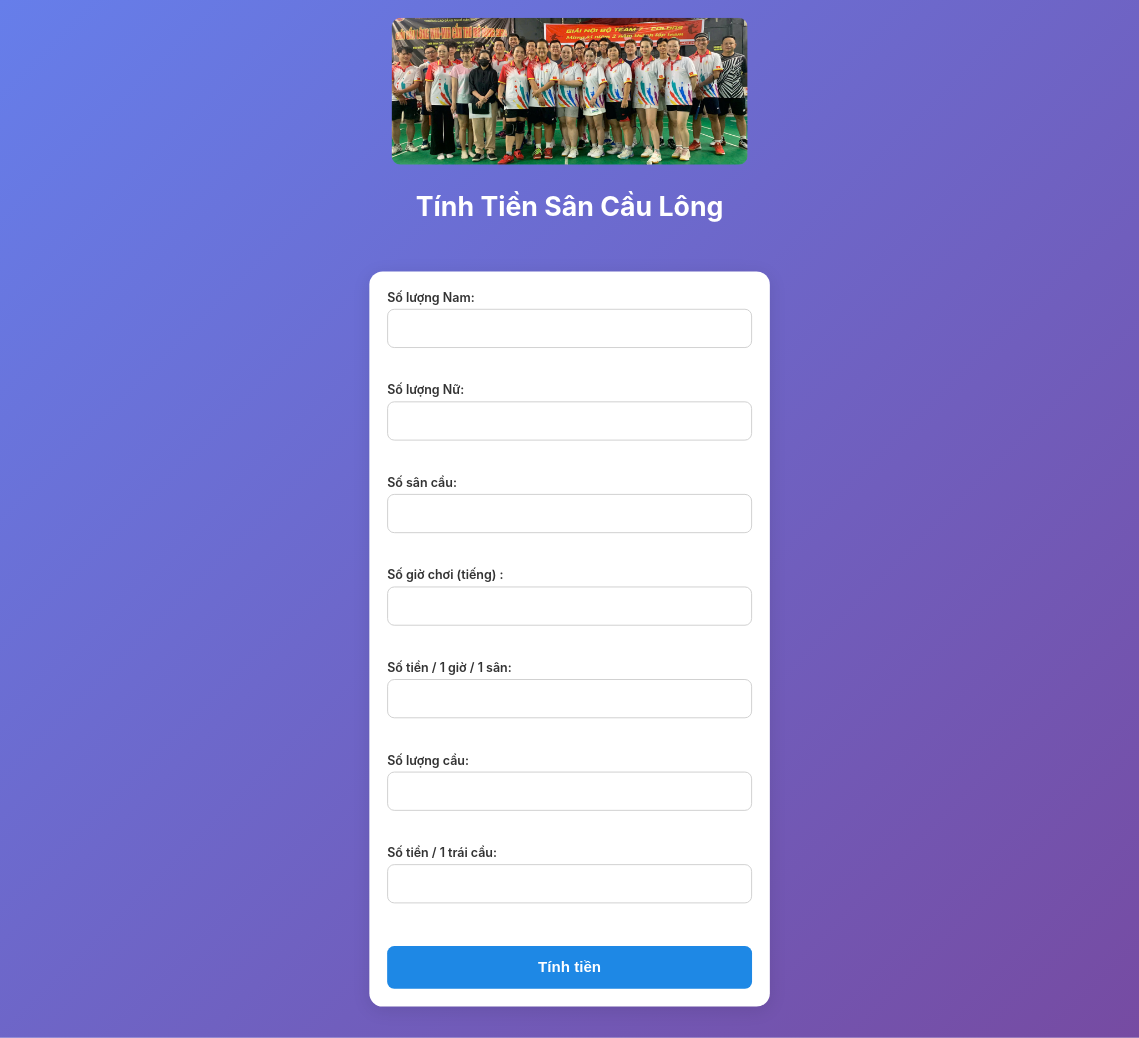
Repository: LuongPTCE181311/Badminton
Page: index.html
The author's editor kept a copy of each file at every save. The page is drawn from the files as they stood at one save, then again after the next save.
The browser window is 1280 px wide. The pictures show the whole page, at 89% of full size.

Above is the page before, as saved 2025-12-07 22:13:27.

### index.html
<!DOCTYPE html>
<html lang="vi">

<head>
    <meta charset="UTF-8" />
    <meta name="viewport" content="width=device-width, initial-scale=1.0" />
    <title>Tính Tiền Sân Cầu Lông</title>
    <link rel="stylesheet" href="assets/css/style.css" />
</head>

<body>


    <div class="hero">
        <img src="assets/images/Caulongvuive.jpg" id="img" class="hero-img" alt="Group" />
        <h1 class="title">Tính Tiền Sân Cầu Lông</h1>
    </div>


    <div class="container">
        <form id="calcForm">


            <div class="form-group">
                <label>Số lượng Nam:</label>
                <input type="number" id="men" />
                <span class="error" id="men_err"></span>
            </div>


            <div class="form-group">
                <label>Số lượng Nữ:</label>
                <input type="number" id="women" />
                <span class="error" id="women_err"></span>
            </div>


            <div class="form-group">
                <label>Số sân cầu:</label>
                <input type="number" id="courts" />
                <span class="error" id="courts_err"></span>
            </div>


            <div class="form-group">
                <label>Số giờ chơi (tiếng) :</label>
                <input type="number" id="hours" />
                <span class="error" id="hours_err"></span>
            </div>


            <div class="form-group">
                <label>Số tiền / 1 giờ / 1 sân:</label>
                <input type="number" id="pricePerHour" />
                <span class="error" id="pricePerHour_err"></span>
            </div>


            <div class="form-group">
                <label>Số lượng cầu:</label>
                <input type="number" id="shuttleCount" />
                <span class="error" id="shuttleCount_err"></span>
            </div>


            <div class="form-group">
                <label>Số tiền / 1 trái cầu:</label>
                <input type="number" id="pricePerShuttle" />
                <span class="error" id="pricePerShuttle_err"></span>
            </div>


            <button type="button" id="calculateBtn" class="btn">Tính tiền</button>
        </form>
    </div>


    <div id="resultModal" class="modal hidden">
        <div class="modal-content">
            <h2>Kết Quả Tính Tiền</h2>
            <div id="result"></div>
            <button id="closeModal" class="close-btn">Đóng</button>
        </div>
    </div>


    <script src="assets/js/main.js"></script>
</body>

</html>

### assets/css/style.css
* {
  box-sizing: border-box;
}

body {
  margin: 0;
  padding: 0 10px 10px 10px;
  font-family: -apple-system, BlinkMacSystemFont, "Segoe UI", Roboto,
    "Helvetica Neue", Arial, sans-serif;
  background: linear-gradient(135deg, #667eea 0%, #764ba2 100%);
  min-height: 100vh;
}

.hero {
  text-align: center;
  padding: 20px 0;
}

.hero-img {
  width: 100%;
  max-width: 400px;
  height: auto;
  border-radius: 10px;
  margin-bottom: 15px;
}

.title {
  font-size: clamp(24px, 5vw, 30px);
  font-weight: bold;
  color: white;
  margin: 10px 0;
  text-shadow: 2px 2px 4px rgba(0, 0, 0, 0 3);
}

.container {
  width: 100%;
  max-width: 450px;
  margin: 25px auto;
  background: white;
  padding: 20px;
  border-radius: 15px;
  box-shadow: 0 4px 20px rgba(0, 0, 0, 0.1);
}

.form-group {
  margin-bottom: 15px;
}

label {
  font-weight: 600;
  display: block;
  margin-bottom: 5px;
  font-size: 14px;
  color: #333;
}

input {
  width: 100%;
  padding: 12px;
  border-radius: 8px;
  border: 1px solid #ccc;
  transition: 0.3s;
  font-size: 16px; /* Prevents zoom on iOS */
  -webkit-appearance: none; /* Remove iOS default styling */
  appearance: none;
}

input:focus {
  outline: none;
  border-color: #1e88e5;
  box-shadow: 0 0 0 3px rgba(30, 136, 229, 0.1);
}

input.error-border {
  border-color: #e53935 !important;
}

.error {
  font-size: 12px;
  color: #e53935;
  display: block;
  margin-top: 5px;
  min-height: 18px;
}

.btn {
  width: 100%;
  padding: 14px;
  background: #1e88e5;
  color: white;
  font-size: 17px;
  font-weight: 600;
  border: none;
  border-radius: 8px;
  cursor: pointer;
  transition: background 0.3s;
  margin-top: 10px;
}

.btn:hover {
  background: #1976d2;
}

.btn:active {
  transform: scale(0.98);
}

.modal {
  position: fixed;
  inset: 0;
  background: rgba(0, 0, 0, 0.5);
  display: flex;
  justify-content: center;
  align-items: center;
  z-index: 1000;
  padding: 20px;
}

.hidden {
  display: none !important;
}

.modal-content {
  background: white;
  padding: 25px;
  width: 100%;
  max-width: 400px;
  border-radius: 15px;
  text-align: left;
  box-shadow: 0 4px 15px rgba(0, 0, 0, 0.2);
  max-height: 90vh;
  overflow-y: auto;
}

.modal-content h2 {
  margin-top: 0;
  margin-bottom: 20px;
  text-align: center;
  color: #333;
  font-size: clamp(20px, 4vw, 24px);
}

#result {
  line-height: 1.8;
  font-size: 14px;
  color: #555;
}

#result b {
  color: #333;
}

.close-btn {
  margin-top: 20px;
  background: #e53935;
  color: white;
  padding: 12px;
  width: 100%;
  border: none;
  border-radius: 8px;
  cursor: pointer;
  font-size: 16px;
  font-weight: 600;
  transition: background 0.3s;
}

.close-btn:hover {
  background: #d32f2f;
}

.close-btn:active {
  transform: scale(0.98);
}

/* Tablet devices */
@media screen and (max-width: 768px) {
  .container {
    margin: 20px auto;
    padding: 18px;
  }

  . hero {
    padding: 15px 0;
  }

  .hero-img {
    max-width: 300px;
  }
}

/* Mobile devices */
@media screen and (max-width: 480px) {
  body {
    padding: 0 5px 10px 5px;
  }

  .container {
    margin: 15px auto;
    padding: 15px;
    border-radius: 12px;
  }

  . hero {
    padding: 10px 0;
  }

  .hero-img {
    max-width: 250px;
    margin-bottom: 10px;
  }

  .title {
    font-size: 22px;
  }

  . form-group {
    margin-bottom: 12px;
  }

  label {
    font-size: 13px;
  }

  input {
    padding: 10px;
    font-size: 16px; /* Keep 16px to prevent zoom on iOS */
  }

  .btn {
    padding: 12px;
    font-size: 16px;
  }

  .modal {
    padding: 15px;
  }

  .modal-content {
    padding: 20px;
    border-radius: 12px;
  }

  .modal-content h2 {
    font-size: 20px;
    margin-bottom: 15px;
  }

  #result {
    font-size: 13px;
    line-height: 1.7;
  }

  .close-btn {
    padding: 11px;
    font-size: 15px;
  }
}

/* Very small mobile devices */
@media screen and (max-width: 360px) {
  .container {
    padding: 12px;
  }

  . title {
    font-size: 20px;
  }

  .hero-img {
    max-width: 200px;
  }

  input {
    padding: 9px;
  }

  .btn {
    padding: 11px;
    font-size: 15px;
  }

  .modal-content {
    padding: 15px;
  }

  #result {
    font-size: 12px;
  }
}

/* Landscape orientation on mobile */
@media screen and (max-height: 600px) and (orientation: landscape) {
  .hero {
    padding: 5px 0;
  }

  .hero-img {
    max-width: 150px;
    margin-bottom: 5px;
  }

  . title {
    font-size: 18px;
    margin: 5px 0;
  }

  .container {
    margin: 10px auto;
  }

  .modal-content {
    max-height: 85vh;
  }
}

### assets/js/main.js
// ===================== VALIDATION =========================

function setError(id, message) {
  const input = document.getElementById(id);
  const err = document.getElementById(id + "_err");
  err.textContent = message;
  input.classList.add("error-border");
}

function clearError(id) {
  const input = document.getElementById(id);
  const err = document.getElementById(id + "_err");
  err.textContent = "";
  input.classList.remove("error-border");
}

function validateField(id) {
  const value = document.getElementById(id).value.trim();

  switch (id) {
    case "men":
    case "women":
      if (value === "" || isNaN(value) || parseInt(value) < 0) {
        setError(id, "Giá trị phải ≥ 0");
        return false;
      }
      // Kiểm tra cả nam và nữ đều là 0
      const men = parseInt(document.getElementById("men").value) || 0;
      const women = parseInt(document.getElementById("women").value) || 0;
      if (men === 0 && women === 0) {
        setError(id, "Nam + Nữ phải ≥ 1");
        return false;
      }
      break;

    case "courts":
      if (value === "" || isNaN(value) || parseInt(value) <= 0) {
        setError(id, "Số sân phải > 0");
        return false;
      }
      break;

    case "hours":
      if (value === "" || isNaN(value) || parseFloat(value) <= 0) {
        setError(id, "Số giờ phải > 0 (cho phép thập phân)");
        return false;
      }
      break;

    case "pricePerHour":
      if (value === "" || isNaN(value) || parseInt(value) < 1000) {
        setError(id, "Tiền / giờ phải ≥ 1000đ");
        return false;
      }
      break;

    case "shuttleCount":
      if (value === "" || isNaN(value) || parseInt(value) <= 0) {
        setError(id, "Số lượng cầu phải > 0");
        return false;
      }
      break;

    case "pricePerShuttle":
      if (value === "" || isNaN(value) || parseInt(value) < 1000) {
        setError(id, "Tiền 1 trái cầu phải ≥ 1000đ");
        return false;
      }
      break;
  }

  clearError(id);
  return true;
}

// Gắn validate realtime
[
  "men",
  "women",
  "courts",
  "hours",
  "pricePerHour",
  "shuttleCount",
  "pricePerShuttle",
].forEach((id) => {
  document.getElementById(id).addEventListener("input", () => {
    validateField(id);
    // Khi thay đổi nam hoặc nữ, validate cả 2 trường
    if (id === "men" || id === "women") {
      const otherId = id === "men" ? "women" : "men";
      validateField(otherId);
    }
  });
});

// ===================== MODAL =========================

function closeModal() {
  document.getElementById("resultModal").classList.add("hidden");
}

function openModal() {
  document.getElementById("resultModal").classList.remove("hidden");
}

document.getElementById("closeModal").addEventListener("click", closeModal);

function roundUpToThousand(num) {
  return Math.ceil(num / 1000) * 1000;
}

// ===================== THUẬT TOÁN TỐI ƯU =========================

function findOptimalSplit(total, men, women) {
  let bestSolution = null;
  let minDifference = Infinity; // Chênh lệch giữa tổng thực tế và tổng dự kiến

  // Thử các chênh lệch từ 3000đ đến 5000đ
  for (let targetDiff = 3000; targetDiff <= 5000; targetDiff += 1000) {
    // Giải hệ phương trình để tìm perMan và perWoman ban đầu
    // perMan * men + perWoman * women = total
    // perMan - perWoman = targetDiff

    let perWoman = (total - targetDiff * men) / (men + women);
    let perMan = perWoman + targetDiff;

    // Làm tròn lên 1000đ
    perWoman = roundUpToThousand(perWoman);
    perMan = roundUpToThousand(perMan);

    // Điều chỉnh để đảm bảo chênh lệch trong khoảng 3000-5000
    while (perMan - perWoman < 3000) {
      perMan += 1000;
    }
    while (perMan - perWoman > 5000) {
      perWoman += 1000;
    }

    // Tính tổng thực tế
    let actualTotal = perMan * men + perWoman * women;

    // Nếu tổng thực tế < tổng dự kiến, tăng dần
    while (actualTotal < total) {
      // Thử tăng perWoman trước (ít ảnh hưởng hơn nếu số nữ ít)
      const option1Woman = perWoman + 1000;
      const option1Total = perMan * men + option1Woman * women;

      // Kiểm tra xem có cần tăng perMan để giữ chênh lệch không
      if (perMan - option1Woman < 3000) {
        perMan += 1000;
      }
      perWoman = option1Woman;
      actualTotal = perMan * men + perWoman * women;
    }

    // Kiểm tra chênh lệch nam/nữ vẫn trong khoảng hợp lệ
    const genderDiff = perMan - perWoman;
    if (genderDiff < 3000 || genderDiff > 5000) {
      continue; // Bỏ qua phương án này
    }

    // So sánh với phương án tốt nhất
    const difference = actualTotal - total;
    if (difference < minDifference) {
      minDifference = difference;
      bestSolution = {
        perMan: perMan,
        perWoman: perWoman,
        actualTotal: actualTotal,
        genderDiff: genderDiff,
      };
    }
  }

  return bestSolution;
}

// ===================== CALCULATE =========================

document.getElementById("calculateBtn").addEventListener("click", function () {
  let ok = true;
  const ids = [
    "men",
    "women",
    "courts",
    "hours",
    "pricePerHour",
    "shuttleCount",
    "pricePerShuttle",
  ];

  ids.forEach((id) => {
    if (!validateField(id)) ok = false;
  });

  if (!ok) return;

  const men = parseInt(document.getElementById("men").value) || 0;
  const women = parseInt(document.getElementById("women").value) || 0;
  const courts = parseInt(document.getElementById("courts").value);
  const hours = parseFloat(document.getElementById("hours").value);
  const pHour = parseInt(document.getElementById("pricePerHour").value);
  const scount = parseInt(document.getElementById("shuttleCount").value);
  const pShut = parseInt(document.getElementById("pricePerShuttle").value);

  // Tính tổng: (số sân × số giờ × giá/giờ) + (số cầu × giá cầu)
  const courtCost = courts * hours * pHour;
  const shuttleCost = scount * pShut;
  const total = courtCost + shuttleCost;

  let perMan = 0,
    perWoman = 0,
    actualTotal = 0;

  if (men > 0 && women > 0) {
    // Sử dụng thuật toán tối ưu
    const solution = findOptimalSplit(total, men, women);
    perMan = solution.perMan;
    perWoman = solution.perWoman;
    actualTotal = solution.actualTotal;

    document.getElementById("result").innerHTML = `
        <b>Chi tiết chi phí:</b><br>
        • Tiền sân: ${courts} sân × ${hours}h × ${pHour.toLocaleString(
      "vi-VN"
    )}đ = ${courtCost.toLocaleString("vi-VN")} VND<br>
        • Tiền cầu: ${scount} cầu × ${pShut.toLocaleString(
      "vi-VN"
    )}đ = ${shuttleCost.toLocaleString("vi-VN")} VND<br><br>

        <b>Tổng dự kiến:</b> ${total.toLocaleString("vi-VN")} VND<br>
        <b>Tổng thực tế:</b> ${actualTotal.toLocaleString("vi-VN")} VND<br>
        <b>Chênh lệch tổng:</b> +${(actualTotal - total).toLocaleString(
          "vi-VN"
        )} VND<br><br>

        <b>Tiền mỗi nam:</b> ${perMan.toLocaleString("vi-VN")} đ (x${men})<br>
        <b>Tiền mỗi nữ:</b> ${perWoman.toLocaleString(
          "vi-VN"
        )} đ (x${women})<br><br>

        <b>Chênh lệch Nam/Nữ:</b> ${(perMan - perWoman).toLocaleString(
          "vi-VN"
        )} đ
    `;
  } else if (men > 0) {
    perMan = roundUpToThousand(total / men);
    actualTotal = perMan * men;

    document.getElementById("result").innerHTML = `
        <b>Chi tiết chi phí:</b><br>
        • Tiền sân: ${courts} sân × ${hours}h × ${pHour.toLocaleString(
      "vi-VN"
    )}đ = ${courtCost.toLocaleString("vi-VN")} VND<br>
        • Tiền cầu: ${scount} cầu × ${pShut.toLocaleString(
      "vi-VN"
    )}đ = ${shuttleCost.toLocaleString("vi-VN")} VND<br><br>

        <b>Tổng dự kiến:</b> ${total.toLocaleString("vi-VN")} VND<br>
        <b>Tổng thực tế:</b> ${actualTotal.toLocaleString("vi-VN")} VND<br>
        <b>Chênh lệch:</b> +${(actualTotal - total).toLocaleString(
          "vi-VN"
        )} VND<br><br>

        <b>Tiền mỗi nam:</b> ${perMan.toLocaleString("vi-VN")} đ (x${men})
    `;
  } else {
    perWoman = roundUpToThousand(total / women);
    actualTotal = perWoman * women;

    document.getElementById("result").innerHTML = `
        <b>Chi tiết chi phí:</b><br>
        • Tiền sân: ${courts} sân × ${hours}h × ${pHour.toLocaleString(
      "vi-VN"
    )}đ = ${courtCost.toLocaleString("vi-VN")} VND<br>
        • Tiền cầu: ${scount} cầu × ${pShut.toLocaleString(
      "vi-VN"
    )}đ = ${shuttleCost.toLocaleString("vi-VN")} VND<br><br>

        <b>Tổng dự kiến:</b> ${total.toLocaleString("vi-VN")} VND<br>
        <b>Tổng thực tế:</b> ${actualTotal.toLocaleString("vi-VN")} VND<br>
        <b>Chênh lệch:</b> +${(actualTotal - total).toLocaleString(
          "vi-VN"
        )} VND<br><br>

        <b>Tiền mỗi nữ:</b> ${perWoman.toLocaleString("vi-VN")} đ (x${women})
    `;
  }

  openModal();
});

After the next save:
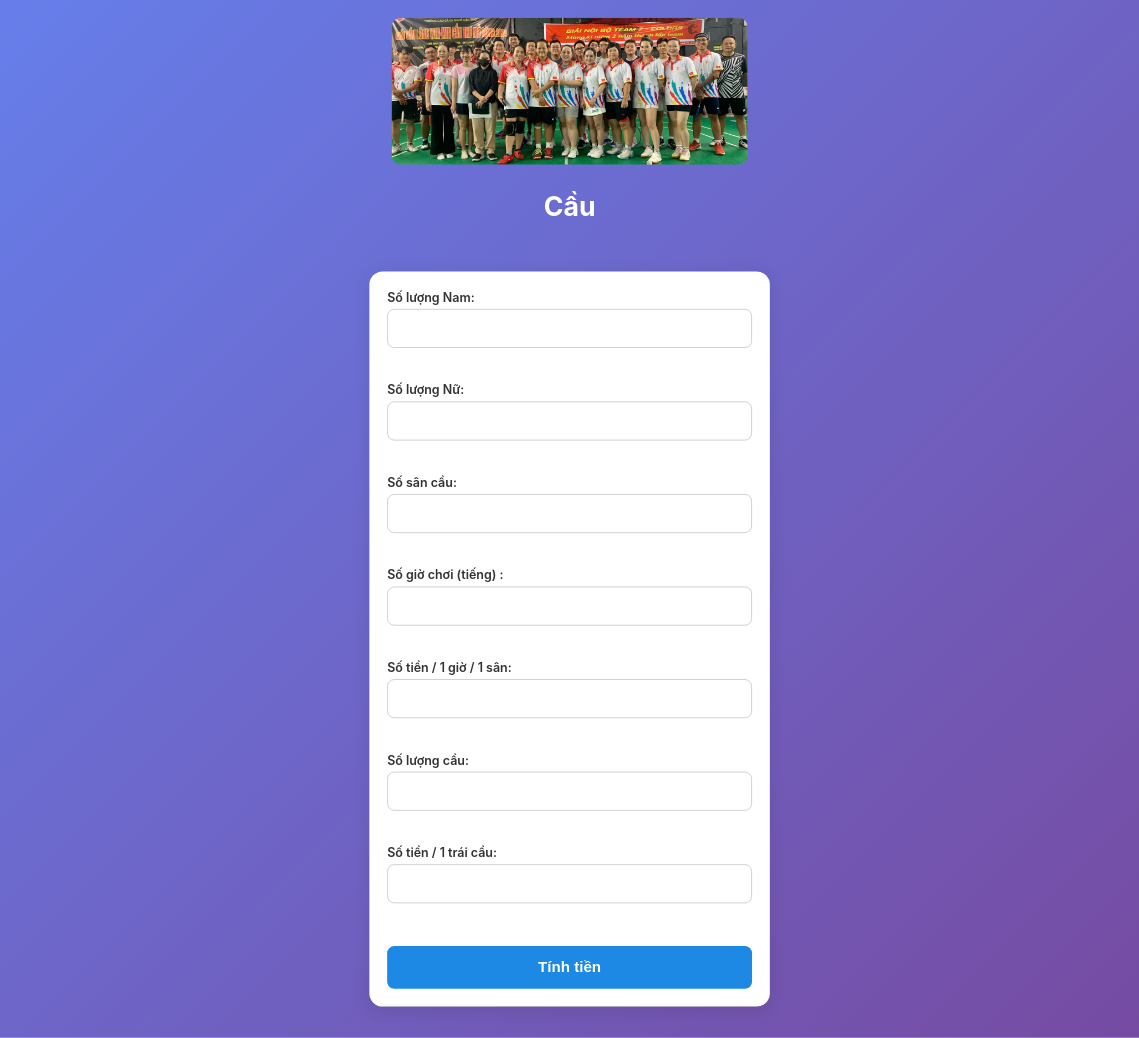
Saved 8 min 13 s later.
--- a/index.html
+++ b/index.html
@@ -13,7 +13,7 @@
 
     <div class="hero">
         <img src="assets/images/Caulongvuive.jpg" id="img" class="hero-img" alt="Group" />
-        <h1 class="title">Tính Tiền Sân Cầu Lông</h1>
+        <h1 class="title">Cầu </h1>
     </div>
 
 
